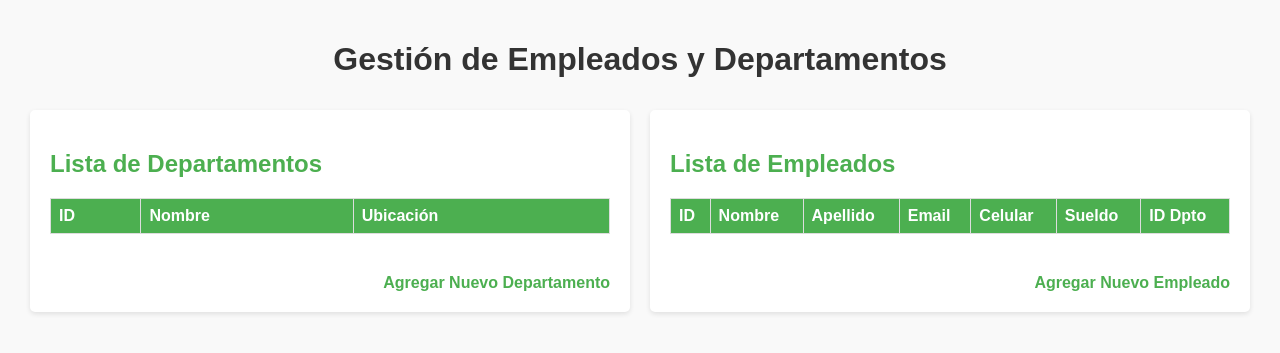
Repository: Jhamp14/proyecto_lenguaje
Page: http://localhost/index
The author's editor kept a copy of each file at every save. The page is drawn from the files as they stood at one save, then again after the next save.
The browser window is 1280 px wide. The pictures show the whole page.
The page is this project's Thymeleaf template; nobody is signed in. The template is opened directly, without the code that normally fills it, so the values that code supplies are empty.

Above is the page before, as saved 2024-10-20 19:24:24.

### demo/src/main/resources/templates/index.html
<!DOCTYPE html>
<html xmlns:th="http://www.thymeleaf.org">
<head>
    <title>Gestión de Empleados y Departamentos</title>
    <link rel="stylesheet" th:href="@{/css/styles.css}" />
</head>
<body>
    <h1>Gestión de Empleados y Departamentos</h1>

    <div class="container">

        <div class="section">
            <h2>Lista de Departamentos</h2>
            <table>
                <thead>
                    <tr>
                        <th>ID</th>
                        <th>Nombre</th>
                        <th>Ubicación</th>
                    </tr>
                </thead>
                <tbody>
                    <tr th:each="departamento : ${departamentos}">
                        <td th:text="${departamento.id}"></td>
                        <td th:text="${departamento.nombre}"></td>
                        <td th:text="${departamento.ubicacion}"></td>
                    </tr>
                </tbody>
            </table>
            <div class="action-link">
                <a href="/departamentos/nuevo">Agregar Nuevo Departamento</a>
            </div>
        </div>

        <div class="section">
            <h2>Lista de Empleados</h2>
            <table>
                <thead>
                    <tr>
                        <th>ID</th>
                        <th>Nombre</th>
                        <th>Apellido</th>
                        <th>Email</th>
                        <th>Celular</th>
                        <th>Sueldo</th>
                        <th>ID Dpto</th>
                    </tr>
                </thead>
                <tbody>
                    <tr th:each="empleado : ${empleados}">
                        <td th:text="${empleado.id}"></td>
                        <td th:text="${empleado.nombre}"></td>
                        <td th:text="${empleado.apellido}"></td>
                        <td th:text="${empleado.email}"></td>
                        <td th:text="${empleado.celular}"></td>
                        <td th:text="${empleado.sueldo}"></td>
                        <td th:text="${empleado.departamento.id}"></td>
                    </tr>
                </tbody>
            </table>
            <div class="action-link">
                <a href="/empleados/nuevo">Agregar Nuevo Empleado</a>
            </div>
        </div>

    </div>

</body>
</html>

### demo/src/main/resources/static/css/styles.css
/* styles.css */
body {
    font-family: Arial, sans-serif;
    background-color: #f9f9f9;
    margin: 0;
    padding: 20px;
}

h1 {
    color: #333;
    text-align: center;
}

.container {
    display: flex;
    justify-content: space-between;
    flex-wrap: wrap;
}

.section {
    flex: 1 1 45%; /* Dos secciones por fila */
    margin: 10px;
    padding: 20px;
    background-color: #fff;
    border-radius: 5px;
    box-shadow: 0 2px 5px rgba(0, 0, 0, 0.1);
}

h2 {
    color: #4CAF50;
    margin-bottom: 10px;
}

table {
    width: 100%;
    border-collapse: collapse;
    margin: 20px 0;
}

th, td {
    border: 1px solid #ddd;
    padding: 8px;
    text-align: left;
}

th {
    background-color: #4CAF50;
    color: white;
}

tr:hover {
    background-color: #f1f1f1;
}

.action-link {
    text-align: right;
}

a {
    display: inline-block;
    margin-top: 20px;
    text-decoration: none;
    color: #4CAF50;
    font-weight: bold;
}

a:hover {
    text-decoration: underline;
}

After the next save:
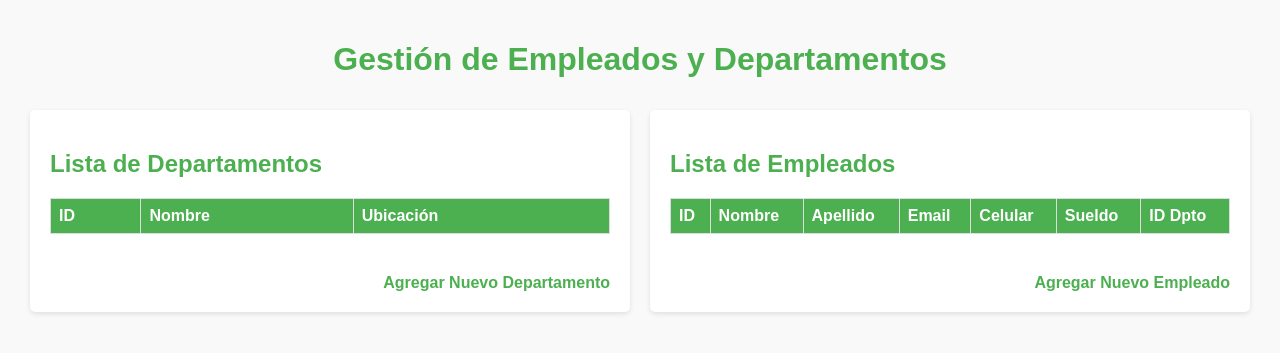
Saved 69 s later.
--- a/demo/src/main/resources/static/css/styles.css
+++ b/demo/src/main/resources/static/css/styles.css
@@ -7,7 +7,7 @@ body {
 }
 
 h1 {
-    color: #333;
+    color: #4CAF50;
     text-align: center;
 }
 
